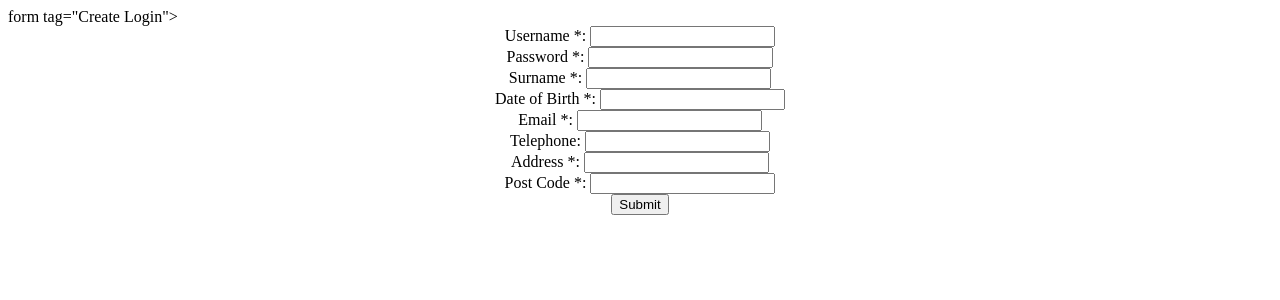
Repository: Ashwini-Tikotekar/servlets
Page: LoginRegistrationApp/WebContent/registration.html
The author's editor kept a copy of each file at every save. The page is drawn from the files as they stood at one save, then again after the next save.
The browser window is 1280 px wide. The pictures show the whole page.

Above is the page before, as saved 2019-01-22 06:10:39.

### LoginRegistrationApp/WebContent/registration.html
<!DOCTYPE html>
<html>
<head>
<meta charset="UTF-8">
<title>Insert title here</title>
</head>
<body>
form tag="Create Login">
		<div align="center">
			Username *: <input type="username" name="username" /><br />
			Password *: <input type="password" name="pwd" /><br />
			Surname *: <input type="surname" name="surname" /><br />
		    Date of Birth *: <input type="date of birth" name="dob" /><br />
			Email *: <input type="email" name="email" /><br />
			Telephone: <input type="telephone" name="tel" /><br />
			Address *: <input type="address" name="add" /><br />
			Post Code *: <input type="postcode" name="ptc" /><br />

		<input type="submit" value="Submit" />
		</div>
	</form>
</body>
</html>

After the next save:
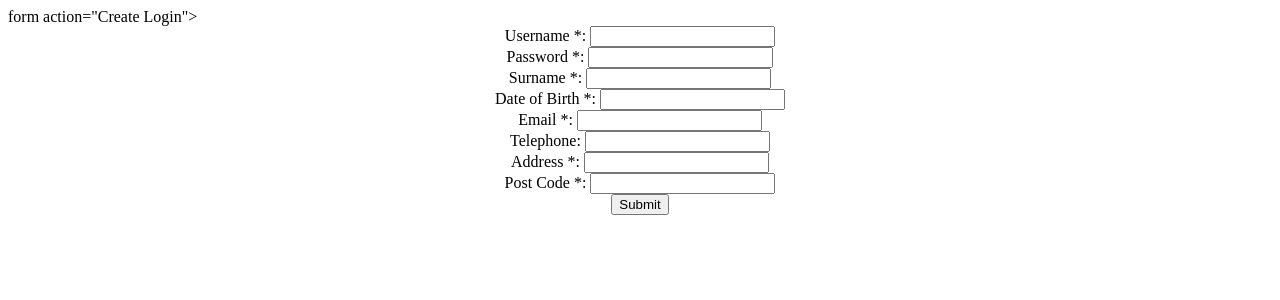
Saved 11 min 1 s later.
--- a/LoginRegistrationApp/WebContent/registration.html
+++ b/LoginRegistrationApp/WebContent/registration.html
@@ -5,7 +5,7 @@
 <title>Insert title here</title>
 </head>
 <body>
-form tag="Create Login">
+form action="Create Login">
 		<div align="center">
 			Username *: <input type="username" name="username" /><br />
 			Password *: <input type="password" name="pwd" /><br />
